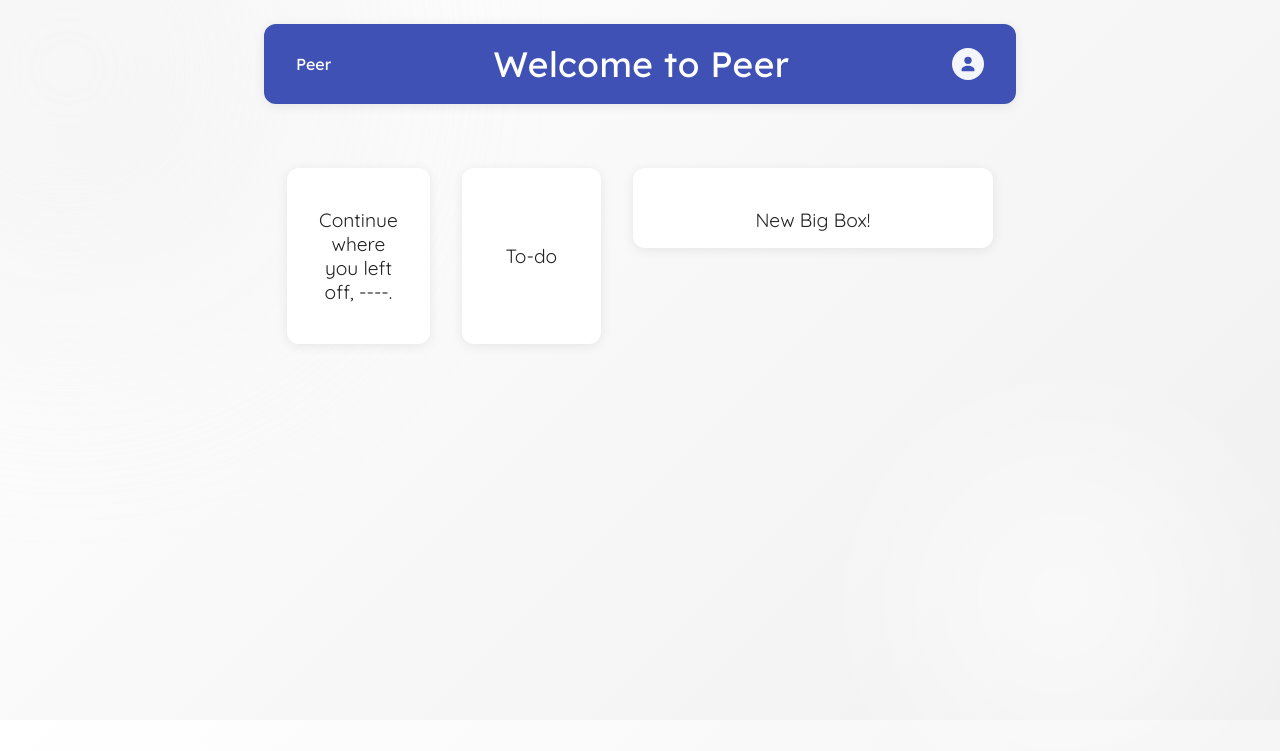
Repository: saifg123/Peer
Page: home.html
An editor plug-in stored every save of this project. The page is shown before and after the next save, followed by the edit.
The browser window is 1280 px wide. The pictures show the whole page.

Above is the page before, as saved 2025-05-24 21:14:31.

After the next save:
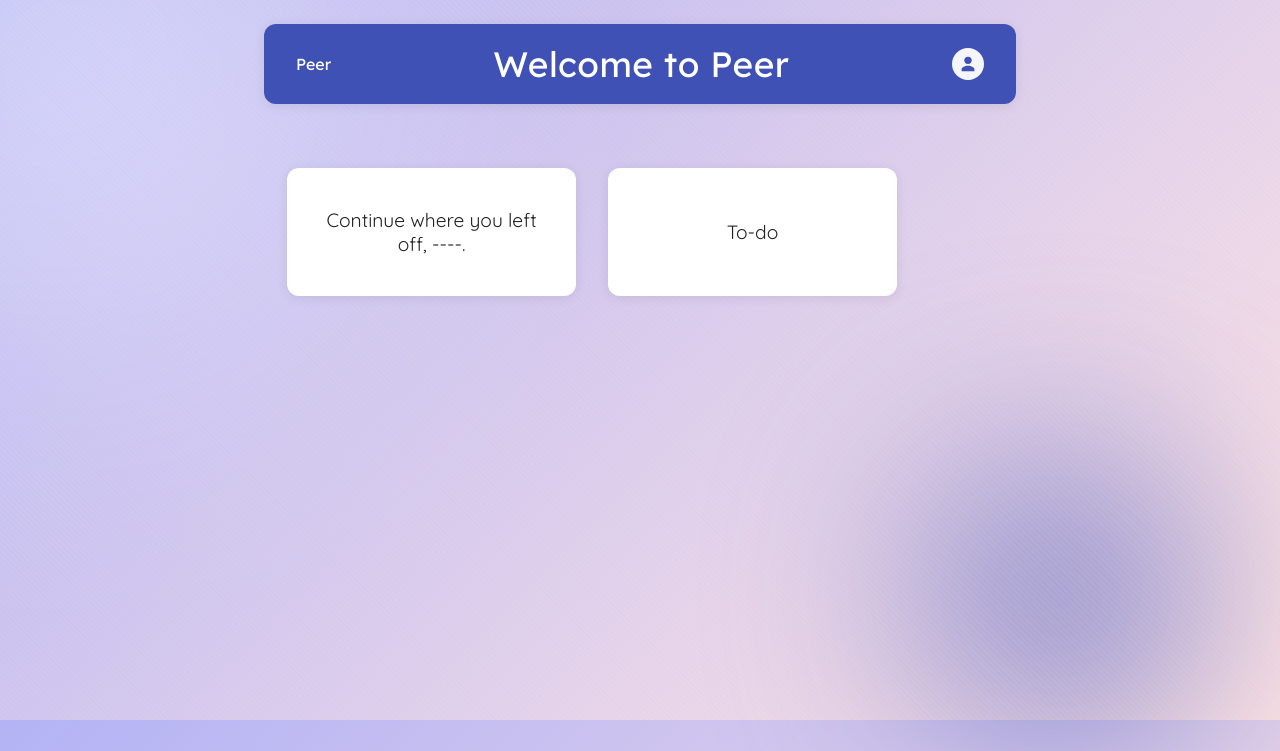
Console error: SyntaxError: Unexpected end of input
Saved 2 min 4 s later.
--- a/home.html
+++ b/home.html
@@ -198,8 +198,18 @@
       document.querySelectorAll('.fade-in').forEach(el => el.classList.add('fade-in'));
 
       // after last fade (1s +0.5s = 1.5s), kick off shift & pop
-      setTimeout(() => document.body.classList.add('animate'), 1600);
-    });
+      setTimeout(() => {
+  document.body.classList.add('animate');
+
+  // → measure one box’s height (they’re identical)
+  const h = document.querySelector('.continue-box').offsetHeight;
+  const gap = 32; // same as your CSS gap
+  const newBox = document.querySelector('.new-box');
+
+  // → total height = 2 boxes + gap
+  newBox.style.height = (h * 2 + gap) + 'px';
+}, 1600);
+
 
     window.addEventListener('load', () => {
       // background → white gradient

After the save that followed:
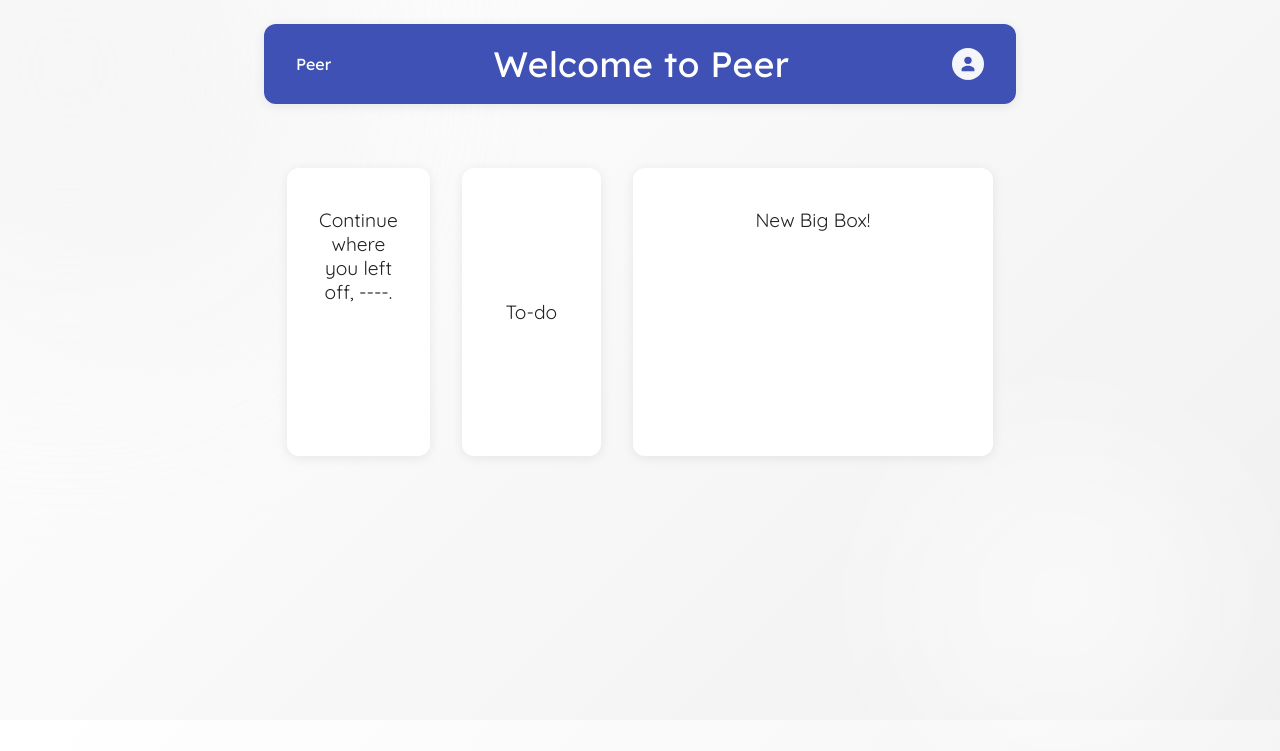
The error is gone.
Saved 6 min 46 s later.
--- a/home.html
+++ b/home.html
@@ -209,7 +209,7 @@
   // → total height = 2 boxes + gap
   newBox.style.height = (h * 2 + gap) + 'px';
 }, 1600);
-
+ });
 
     window.addEventListener('load', () => {
       // background → white gradient
